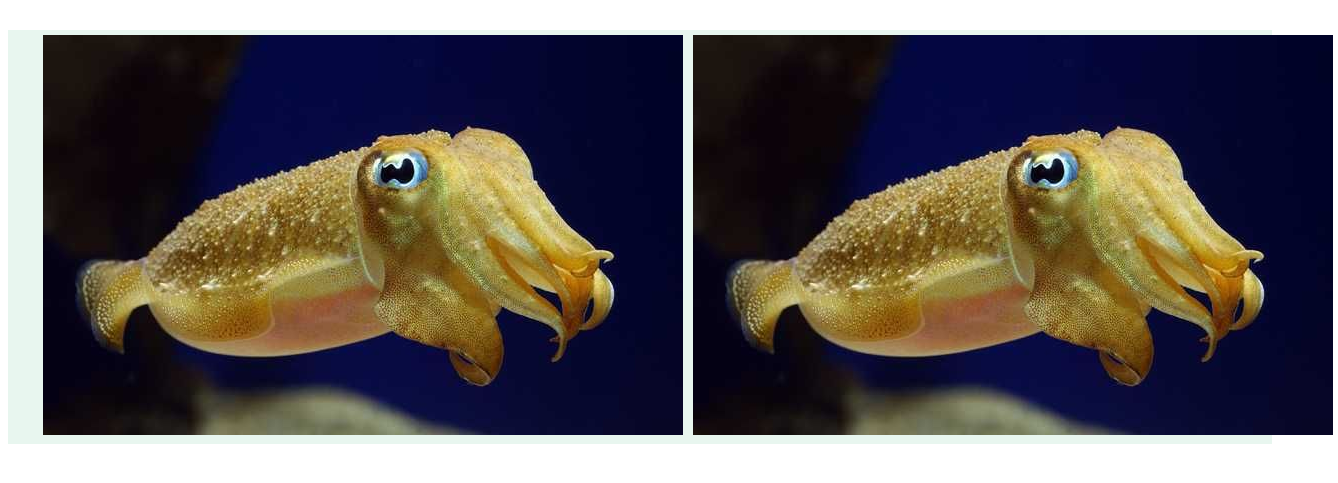
Repository: neomort/comm-lab-vid-site
Page: index.html
The author's editor kept a copy of each file at every save. The page is drawn from the files as they stood at one save, then again after the next save.
The browser window is 1280 px wide. The page is 1338 px wide, so the pictures cover 1338 px, including what lies to the right of the window. The pictures show the whole page.

Above is the page before, as saved 2021-09-12 21:05:27.

### index.html
<!DOCTYPE html>

<head>
<title>The String: 30 second film festival home</title>
<link rel="icon" href="images/chicken.png"/>
<link rel="stylesheet" href="./css/styles.css" />
</head>

<body>
  <div class="bg-2">
    <div class="default-margin">
      <div class="row">
        <div class="column">
          <a class="image-1" href="https://www.youtube.com/watch?v=O3Jf4U1E7Jc"><img src="images/cuddle.jpg" /></a>

        </div>
        <div class="column">
          <a class="image-1" href="https://www.youtube.com/watch?v=O3Jf4U1E7Jc"><img src="images/cuddle.jpg" /></a>
        </div>
      </div>


    </div>

</div>
</body>

### css/styles.css
/* background colors */
/* color scheme */
.bg-1 {
  /* Yellow */
  background: #FFE194;
}

.bg-2 {
  /* Light */
  background: #E8F6EF;
}

.bg-3 {
  /* medium */
  background: #E8F6EF;
}

.bg-4 {
  /* dark */
  background: #4C4C6D;
}


/* flex properties */

.row {
  display: flex;
}

.column {
  flex: 50%;
  padding: 5px;
}

.default-margin{
  margin: 30px;

}

.image-1 {
  border-radius: 10px;
  width:100%;
}

After the next save:
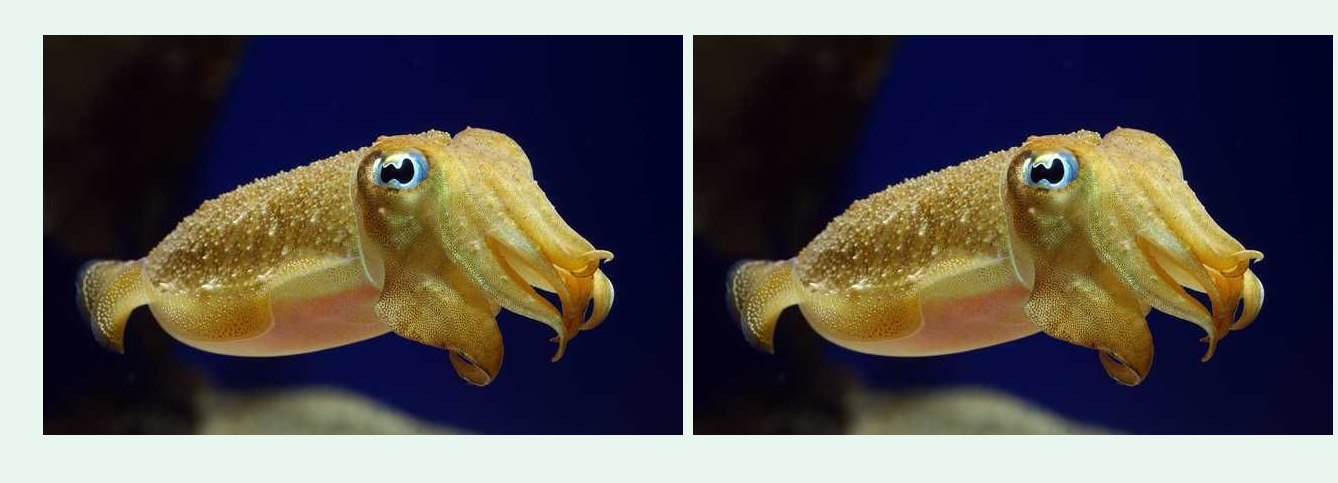
Saved 57 s later.
--- a/index.html
+++ b/index.html
@@ -6,8 +6,8 @@
 <link rel="stylesheet" href="./css/styles.css" />
 </head>
 
-<body>
-  <div class="bg-2">
+<body class="bg-2">
+  <div >
     <div class="default-margin">
       <div class="row">
         <div class="column">
